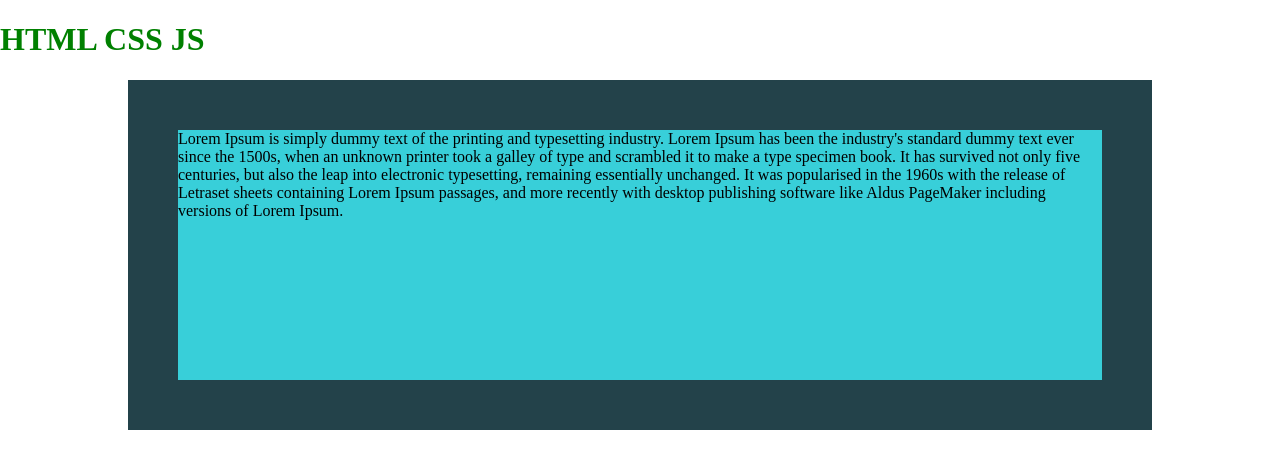
Repository: ufanodev/responsive-1
Page: index.html
An editor plug-in stored every save of this project. The page is shown before and after the next save, followed by the edit.
The browser window is 1280 px wide. The pictures show the whole page.

Above is the page before, as saved 2022-12-10 10:37:10.
Not found: js/app.js

### index.html
<!DOCTYPE html>
<html lang="en">
  <head>
    <meta charset="UTF-8">
    <meta name="viewport" content="width=device-width, initial-scale=1.0">
    <meta http-equiv="X-UA-Compatible" content="ie=edge">
    <title>HTML Responsive</title>
    <link rel="stylesheet" href="./css/style.css">
  </head>
  <header>
    <h1>HTML CSS JS</h1>
  </header>
  <body>
    <div class="parent">
        <div class="child">
          Lorem Ipsum is simply dummy text of the printing and typesetting industry. Lorem Ipsum has been the industry's standard dummy text ever since the 1500s, when an unknown printer took a galley of type and scrambled it to make a type specimen book. It has survived not only five centuries, but also the leap into electronic typesetting, remaining essentially unchanged. It was popularised in the 1960s with the release of Letraset sheets containing Lorem Ipsum passages, and more recently with desktop publishing software like Aldus PageMaker including versions of Lorem Ipsum.
        </div>
    </div>
	<script src="./js/app.js"></script>
  </body>
</html>

### css/style.css
* { box-sizing: border-box;}

body{
    margin: 0;
}

h1{
    color: green;
}

.parent{
    background-color:  #23424A;
    padding: 50px;
    margin: 0 auto;
    width: 80%;
}

.child{
    background-color:  #38CFD9;
    height: 250px;
}

After the next save:
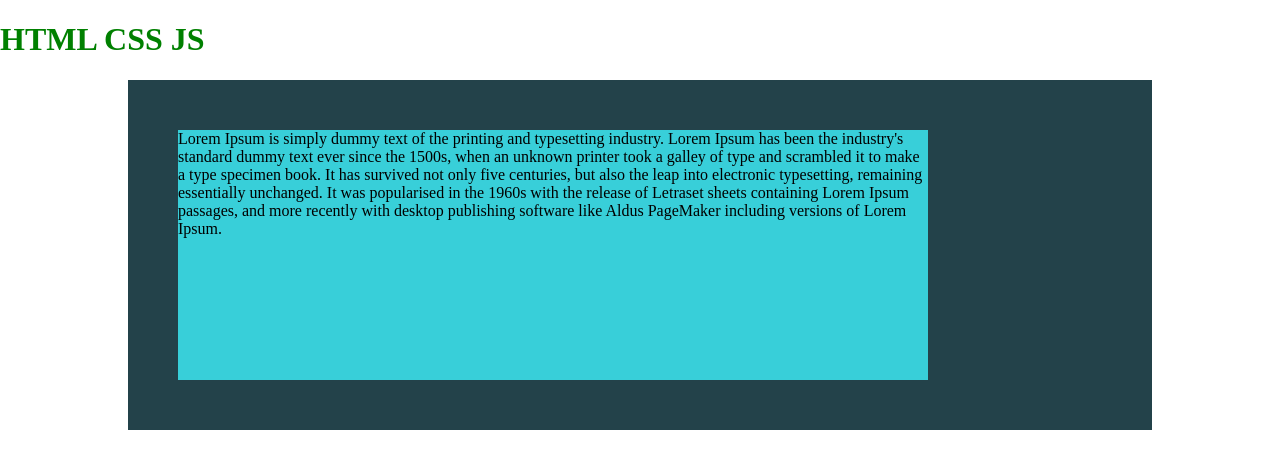
Saved 58 s later.
--- a/css/style.css
+++ b/css/style.css
@@ -16,6 +16,7 @@
 }
 
 .child{
+    width: 750px;
     background-color:  #38CFD9;
     height: 250px;
 }

After the save that followed:
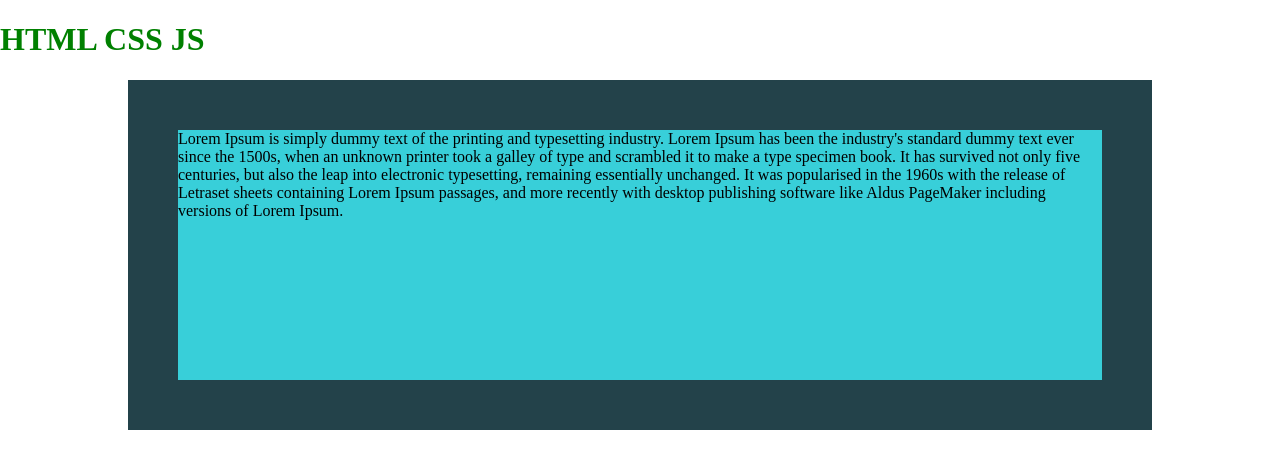
Saved 34 s later.
--- a/css/style.css
+++ b/css/style.css
@@ -16,7 +16,6 @@
 }
 
 .child{
-    width: 750px;
     background-color:  #38CFD9;
     height: 250px;
 }
